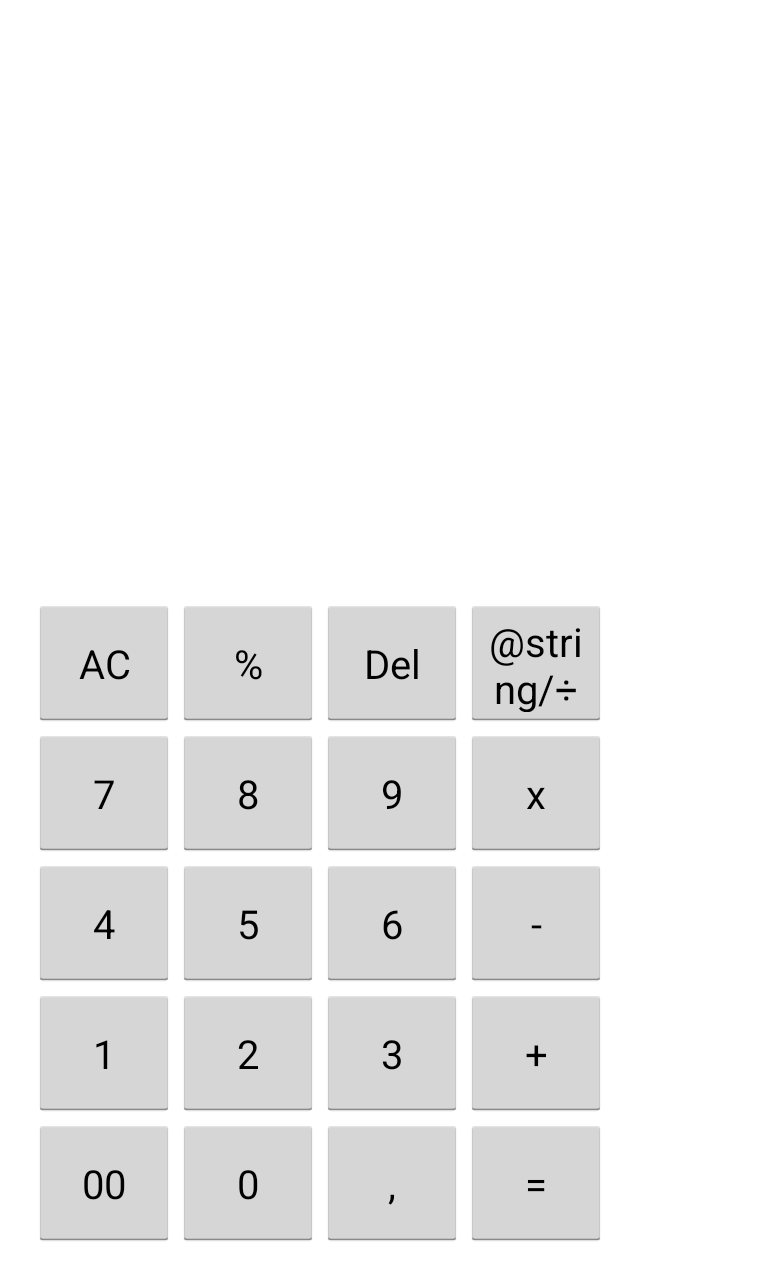
Repository: kisahtegar/mp_java_si6
Layout: MyCalculator/res/layout/activity_main.xml
An editor plug-in stored every save of this project. The layout is shown before and after the next save, followed by the edit.
It is drawn on a 768 x 1280 px phone screen (xhdpi) without system bars, with theme AppTheme; the app's code is not run.

Above is the layout before, as saved 2024-05-14 10:47:02.

### MyCalculator/res/layout/activity_main.xml
<RelativeLayout xmlns:android="http://schemas.android.com/apk/res/android"
    xmlns:tools="http://schemas.android.com/tools"
    android:layout_width="match_parent"
    android:layout_height="match_parent"
    android:paddingBottom="@dimen/activity_vertical_margin"
    android:paddingLeft="@dimen/activity_horizontal_margin"
    android:paddingRight="@dimen/activity_horizontal_margin"
    android:paddingTop="@dimen/activity_vertical_margin"
    tools:context=".MainActivity" >

    <!-- First Layer -->
    <Button
        android:id="@+id/btnDoubleZero"
        style="?android:attr/buttonStyleSmall"
        android:layout_width="72dp"
        android:layout_height="65dp"
        android:layout_alignParentBottom="true"
        android:layout_alignParentLeft="true"
        android:text="@string/sym_double_zero"
        android:textSize="20sp" />

    <Button
        android:id="@+id/btnZero"
        style="?android:attr/buttonStyleSmall"
        android:layout_width="72dp"
        android:layout_height="65dp"
        android:layout_alignParentBottom="true"
        android:layout_toRightOf="@+id/btnDoubleZero"
        android:text="@string/sym_zero"
        android:textSize="20sp" />

    <Button
        android:id="@+id/btnComma"
        style="?android:attr/buttonStyleSmall"
        android:layout_width="72dp"
        android:layout_height="65dp"
        android:layout_alignParentBottom="true"
        android:layout_toRightOf="@+id/btnZero"
        android:text="@string/sym_comma"
        android:textSize="20sp" />

    <Button
        android:id="@+id/btnEqual"
        style="?android:attr/buttonStyleSmall"
        android:layout_width="72dp"
        android:layout_height="65dp"
        android:layout_alignParentBottom="true"
        android:layout_toRightOf="@+id/btnComma"
        android:text="@string/sym_equal"
        android:textSize="20sp" />

    <!-- Second Layer -->
    <Button
        android:id="@+id/btnOne"
        style="?android:attr/buttonStyleSmall"
        android:layout_width="72dp"
        android:layout_height="65dp"
        android:layout_above="@+id/btnDoubleZero"
        android:layout_alignParentLeft="true"
        android:text="@string/sym_one"
        android:textSize="20sp" />

    <Button
        android:id="@+id/btnTwo"
        style="?android:attr/buttonStyleSmall"
        android:layout_width="72dp"
        android:layout_height="65dp"
        android:layout_above="@+id/btnZero"
        android:layout_toRightOf="@+id/btnOne"
        android:text="@string/sym_two"
        android:textSize="20sp" />

    <Button
        android:id="@+id/btnThree"
        style="?android:attr/buttonStyleSmall"
        android:layout_width="72dp"
        android:layout_height="65dp"
        android:layout_above="@+id/btnComma"
        android:layout_toRightOf="@+id/btnTwo"
        android:text="@string/sym_three"
        android:textSize="20sp" />

    <Button
        android:id="@+id/btnPlus"
        style="?android:attr/buttonStyleSmall"
        android:layout_width="72dp"
        android:layout_height="65dp"
        android:layout_above="@+id/btnEqual"
        android:layout_toRightOf="@+id/btnThree"
        android:text="@string/sym_plus"
        android:textSize="20sp" />

    <!-- Third Layer -->
    <Button
        android:id="@+id/btnFour"
        style="?android:attr/buttonStyleSmall"
        android:layout_width="72dp"
        android:layout_height="65dp"
        android:layout_above="@+id/btnOne"
        android:layout_alignParentLeft="true"
        android:text="@string/sym_four"
        android:textSize="20sp" />

    <Button
        android:id="@+id/btnFive"
        style="?android:attr/buttonStyleSmall"
        android:layout_width="72dp"
        android:layout_height="65dp"
        android:layout_above="@+id/btnTwo"
        android:layout_toRightOf="@+id/btnFour"
        android:text="@string/sym_five"
        android:textSize="20sp" />

    <Button
        android:id="@+id/btnSix"
        style="?android:attr/buttonStyleSmall"
        android:layout_width="72dp"
        android:layout_height="65dp"
        android:layout_above="@+id/btnThree"
        android:layout_toRightOf="@+id/btnFive"
        android:text="@string/sym_six"
        android:textSize="20sp" />

    <Button
        android:id="@+id/btnMinus"
        style="?android:attr/buttonStyleSmall"
        android:layout_width="72dp"
        android:layout_height="65dp"
        android:layout_above="@+id/btnPlus"
        android:layout_toRightOf="@+id/btnSix"
        android:text="@string/sym_minus"
        android:textSize="20sp" />

    <!-- Fourth Layer -->
    <Button
        android:id="@+id/btnSeven"
        style="?android:attr/buttonStyleSmall"
        android:layout_width="72dp"
        android:layout_height="65dp"
        android:layout_above="@+id/btnFour"
        android:layout_alignParentLeft="true"
        android:text="@string/sym_seven"
        android:textSize="20sp" />

    <Button
        android:id="@+id/btnEight"
        style="?android:attr/buttonStyleSmall"
        android:layout_width="72dp"
        android:layout_height="65dp"
        android:layout_above="@+id/btnFive"
        android:layout_toRightOf="@+id/btnSeven"
        android:text="@string/sym_eight"
        android:textSize="20sp" />

    <Button
        android:id="@+id/btnNine"
        style="?android:attr/buttonStyleSmall"
        android:layout_width="72dp"
        android:layout_height="65dp"
        android:layout_above="@+id/btnSix"
        android:layout_toRightOf="@+id/btnEight"
        android:text="@string/sym_nine"
        android:textSize="20sp" />

    <Button
        android:id="@+id/btnMultiple"
        style="?android:attr/buttonStyleSmall"
        android:layout_width="72dp"
        android:layout_height="65dp"
        android:layout_above="@+id/btnMinus"
        android:layout_toRightOf="@+id/btnNine"
        android:text="@string/sym_multiple"
        android:textSize="20sp" />

    <!-- Five Layer -->
    <Button
        android:id="@+id/btnClearAll"
        style="?android:attr/buttonStyleSmall"
        android:layout_width="72dp"
        android:layout_height="65dp"
        android:layout_above="@+id/btnSeven"
        android:layout_alignParentLeft="true"
        android:text="@string/sym_ac"
        android:textSize="20sp" />

    <Button
        android:id="@+id/btnPercent"
        style="?android:attr/buttonStyleSmall"
        android:layout_width="72dp"
        android:layout_height="65dp"
        android:layout_above="@+id/btnEight"
        android:layout_toRightOf="@+id/btnClearAll"
        android:text="@string/sym_percent"
        android:textSize="20sp" />

    <Button
        android:id="@+id/btnDelete"
        style="?android:attr/buttonStyleSmall"
        android:layout_width="72dp"
        android:layout_height="65dp"
        android:layout_above="@+id/btnNine"
        android:layout_toRightOf="@+id/btnPercent"
        android:text="@string/sym_del"
        android:textSize="20sp" />

    <Button
        android:id="@+id/btnDivide"
        style="?android:attr/buttonStyleSmall"
        android:layout_width="72dp"
        android:layout_height="65dp"
        android:layout_above="@+id/btnMultiple"
        android:layout_toRightOf="@+id/btnDelete"
        android:text="@string/÷"
        android:textSize="20sp" />

</RelativeLayout>

### MyCalculator/res/values/strings.xml
<?xml version="1.0" encoding="utf-8"?>
<resources>

    <string name="app_name">My Calculator</string>
    <string name="action_settings">Settings</string>
    <string name="hello_world">Hello world!</string>

    <string name="sym_double_zero">00</string>
    <string name="sym_zero">0</string>
    <string name="sym_one">1</string>
    <string name="sym_two">2</string>
    <string name="sym_three">3</string>
    <string name="sym_four">4</string>
    <string name="sym_five">5</string>
    <string name="sym_six">6</string>
    <string name="sym_seven">7</string>
    <string name="sym_eight">8</string>
    <string name="sym_nine">9</string>
    <string name="sym_comma">,</string>
    <string name="sym_equal">=</string>
    <string name="sym_minus">-</string>
    <string name="sym_plus">+</string>
    <string name="sym_multiple">x</string>
    <string name="sym_divide">÷</string>
    <string name="sym_percent">%</string>
    <string name="sym_del">Del</string>
    <string name="sym_ac">AC</string>

</resources>

Loaded but not shown: MyCalculator/res/values/styles.xml (common file); MyCalculator/res/values-v11/styles.xml (common file); MyCalculator/res/values-v14/styles.xml (common file); MyCalculator/res/values/dimens.xml (common file)

After the next save:
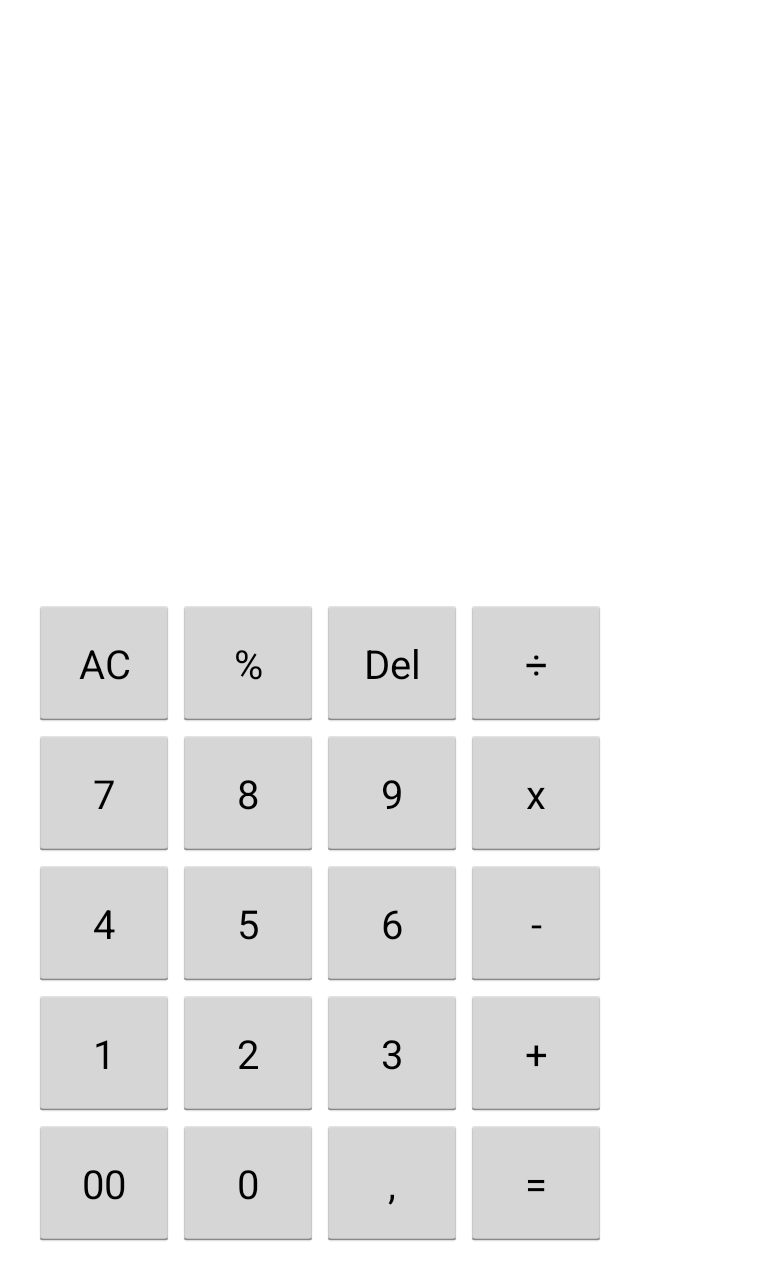
Saved 8 s later.
--- a/MyCalculator/res/layout/activity_main.xml
+++ b/MyCalculator/res/layout/activity_main.xml
@@ -210,7 +210,7 @@
         android:layout_height="65dp"
         android:layout_above="@+id/btnMultiple"
         android:layout_toRightOf="@+id/btnDelete"
-        android:text="@string/÷"
+        android:text="@string/sym_divide"
         android:textSize="20sp" />
 
 </RelativeLayout>
